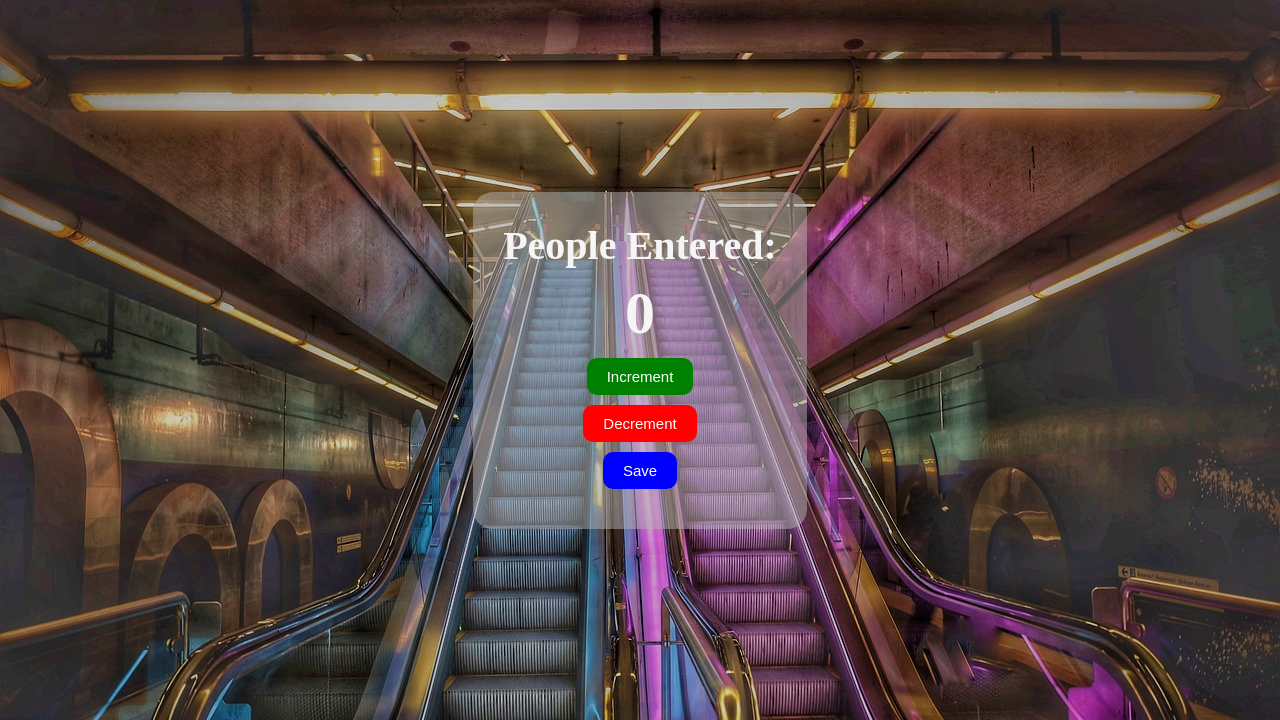
Repository: raghhavv03/javascript-practice
Page: task-1/index.html
An editor plug-in stored every save of this project. The page is shown before and after the next save, followed by the edit.
The browser window is 1280 px wide. The pictures show the whole page.

Above is the page before, as saved 2026-02-06 15:52:54.

After the next save:
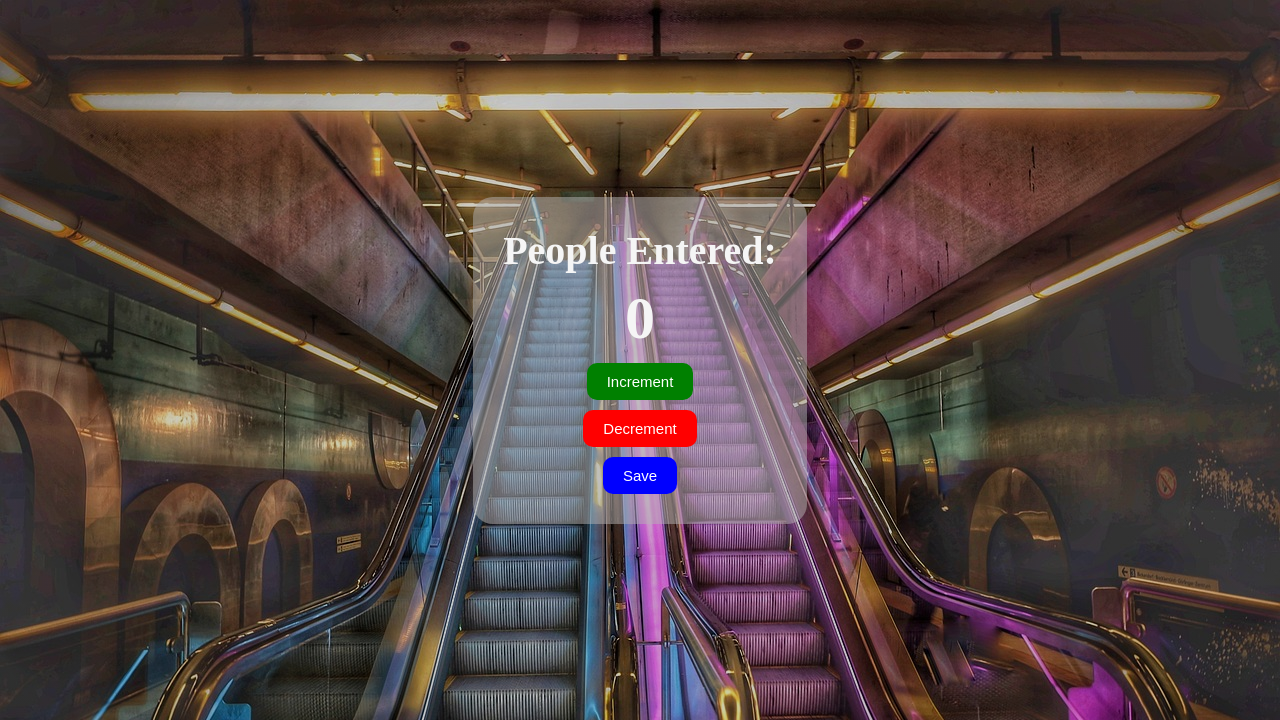
Saved 28 s later.
--- a/task-1/index.html
+++ b/task-1/index.html
@@ -14,7 +14,7 @@
             <button id="increment-btn" onClick="incrementCount()">Increment</button>
             <button id="decrement-btn" onClick="decrementCount()">Decrement</button>
             <button id="save-btn" onClick="saveCount()">Save</button>
-            <p id="save-previous"></p>
+            <p id="></p>
         </div>
     </body>
 </html>

After the save that followed:
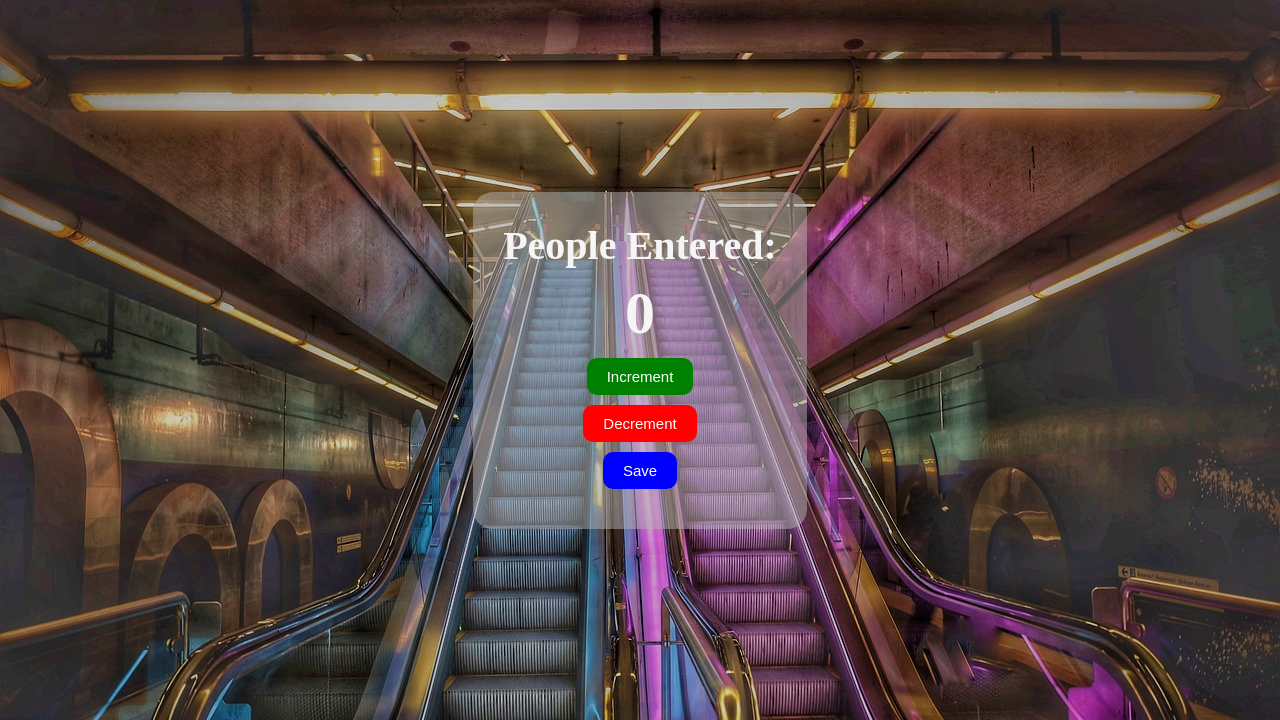
Saved 4 s later.
--- a/task-1/index.html
+++ b/task-1/index.html
@@ -14,7 +14,7 @@
             <button id="increment-btn" onClick="incrementCount()">Increment</button>
             <button id="decrement-btn" onClick="decrementCount()">Decrement</button>
             <button id="save-btn" onClick="saveCount()">Save</button>
-            <p id="></p>
+            <p id="previosu-count"></p>
         </div>
     </body>
 </html>
